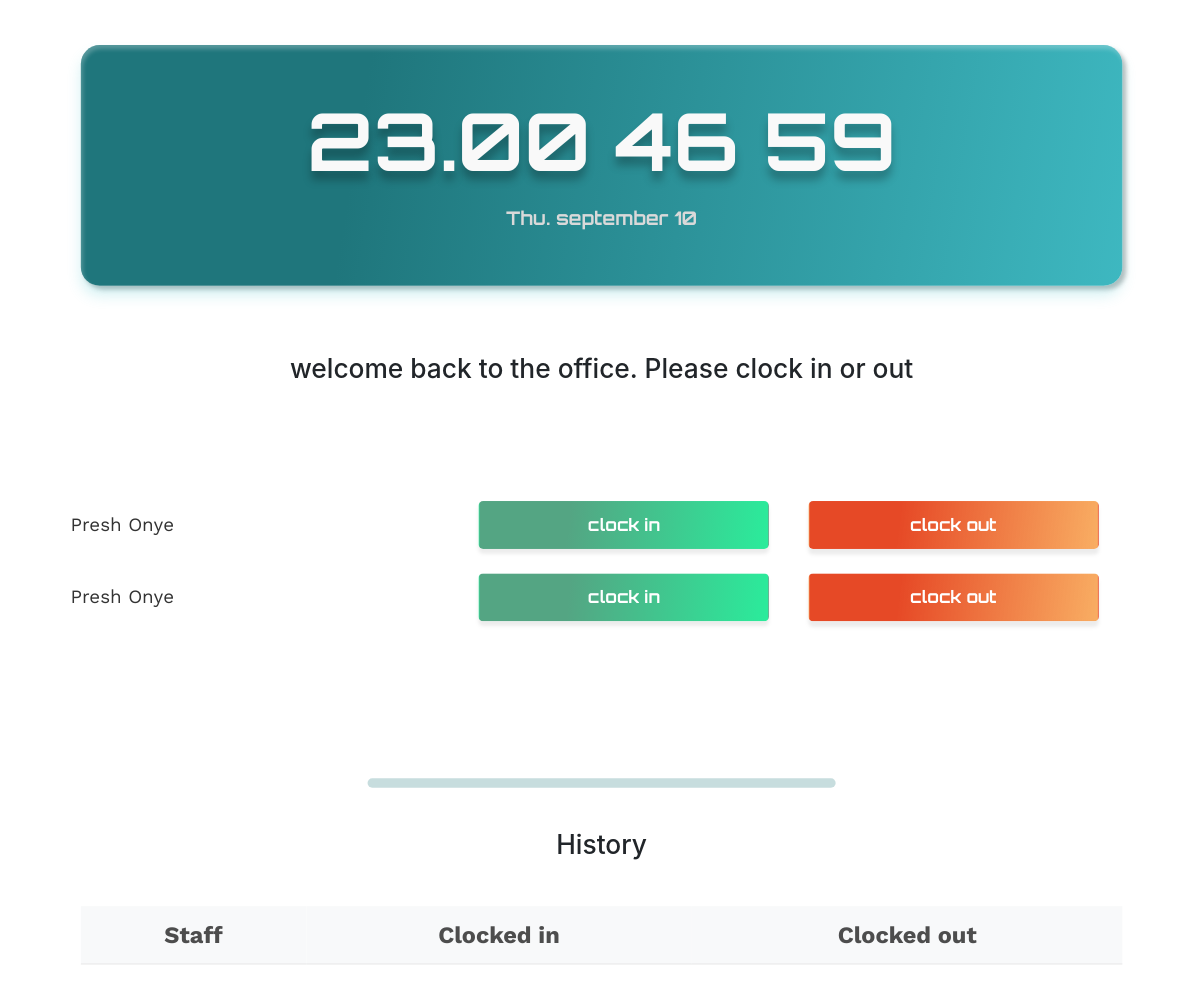
Repository: giprim/clocker
Page: /
The author's editor kept a copy of each file at every save. The page is drawn from the files as they stood at one save, then again after the next save.
The browser window is 1280 px wide. The pictures show the whole page, at 94% of full size.
The project was rebuilt for these pictures with package versions that can differ from the ones it lists, and the page was loaded fresh each time.

Above is the page before, as saved 2020-09-11 12:53:06.

After the next save:
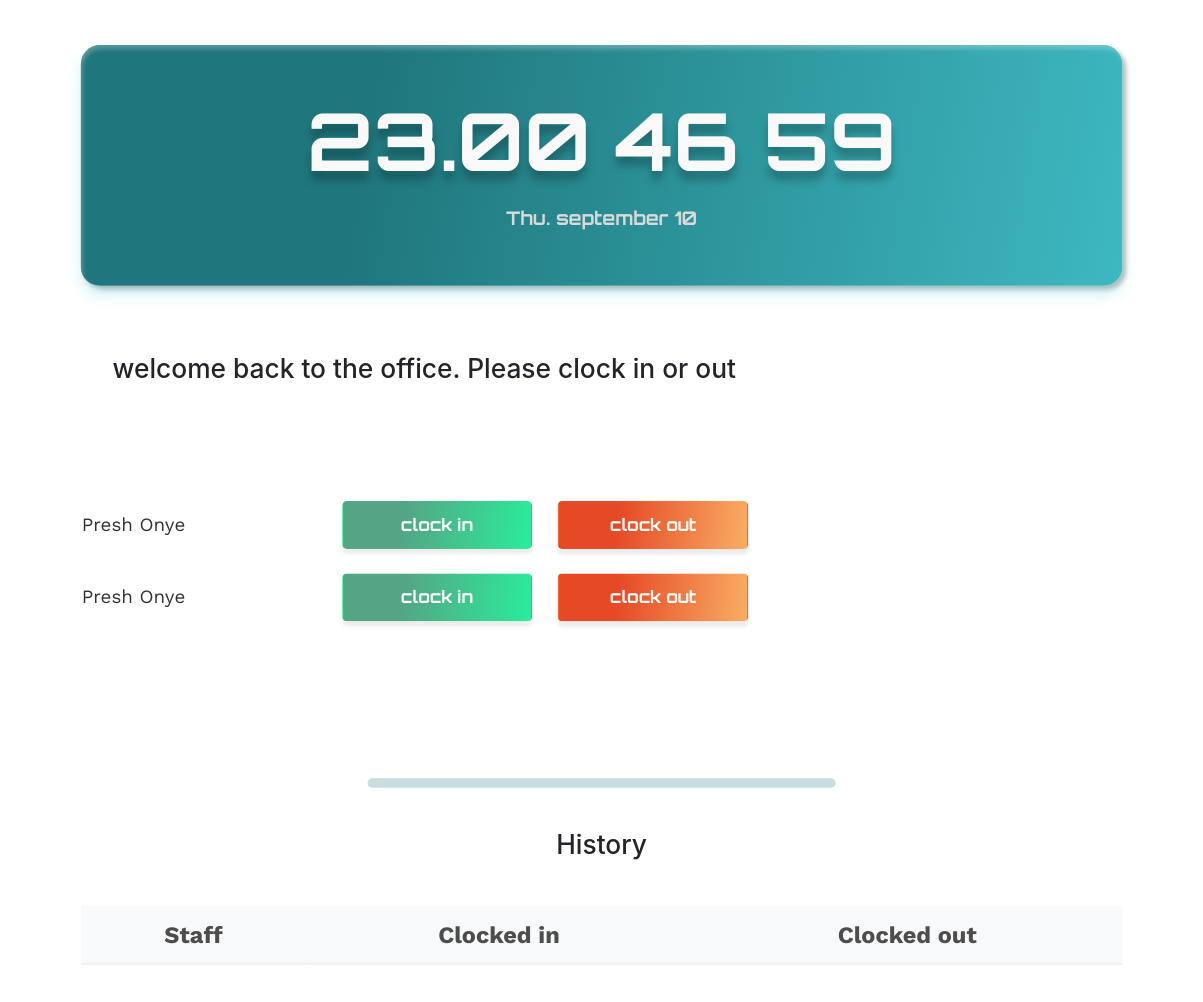
Saved 32 s later.
--- a/src/App.tsx
+++ b/src/App.tsx
@@ -30,35 +30,37 @@ function App() {
 
       {/* welcome  */}
       <div className='row'>
-        <p className='text-center my-5 py-4 h3'>
-          welcome back to the office. Please clock in or out
-        </p>
+        <div className='col-8'>
+          <p className='text-center my-5 py-4 h3'>
+            welcome back to the office. Please clock in or out
+          </p>
 
-        <table>
-          <thead>
-            <tr>
-              <th></th>
-              <th></th>
-              <th></th>
-            </tr>
-          </thead>
-          <tbody>
-            <tr>
-              <td className='staff'>Presh Onye</td>
-              <td className='row justify-content-evenly'>
-                <button className='btn clockin col-5'> clock in</button>
-                <button className='btn clockout col-5'> clock out</button>
-              </td>
-            </tr>
-            <tr>
-              <td className='staff'>Presh Onye</td>
-              <td className='row justify-content-evenly'>
-                <button className='btn clockin col-5'> clock in</button>
-                <button className='btn clockout col-5'> clock out</button>
-              </td>
-            </tr>
-          </tbody>
-        </table>
+          <table>
+            <thead>
+              <tr>
+                <th></th>
+                <th></th>
+                <th></th>
+              </tr>
+            </thead>
+            <tbody>
+              <tr>
+                <td className='staff'>Presh Onye</td>
+                <td className='row justify-content-evenly'>
+                  <button className='btn clockin col-5'> clock in</button>
+                  <button className='btn clockout col-5'> clock out</button>
+                </td>
+              </tr>
+              <tr>
+                <td className='staff'>Presh Onye</td>
+                <td className='row justify-content-evenly'>
+                  <button className='btn clockin col-5'> clock in</button>
+                  <button className='btn clockout col-5'> clock out</button>
+                </td>
+              </tr>
+            </tbody>
+          </table>
+        </div>
       </div>
 
       <hr />
